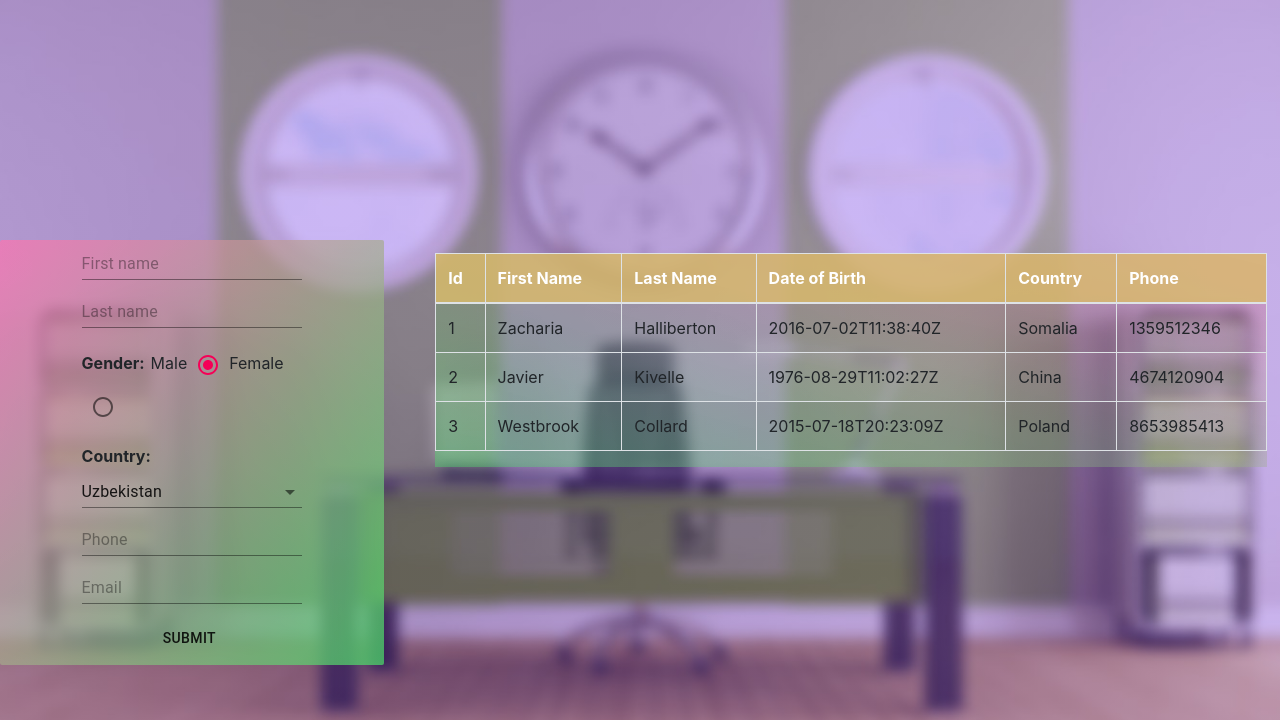
Repository: abrorsaidov/table-table
Page: /
These files come from the project's save history. The page is drawn as it stood at one moment and after the next save; the edit follows.
The browser window is 1280 px wide. The pictures show the whole page.
The project was rebuilt for these pictures with package versions that can differ from the ones it lists, and the page was loaded fresh each time. Also part of the build but not shown: src/components/ComponentC.js.

Above is the page before, as saved 2020-12-05 01:19:59.

After the next save:
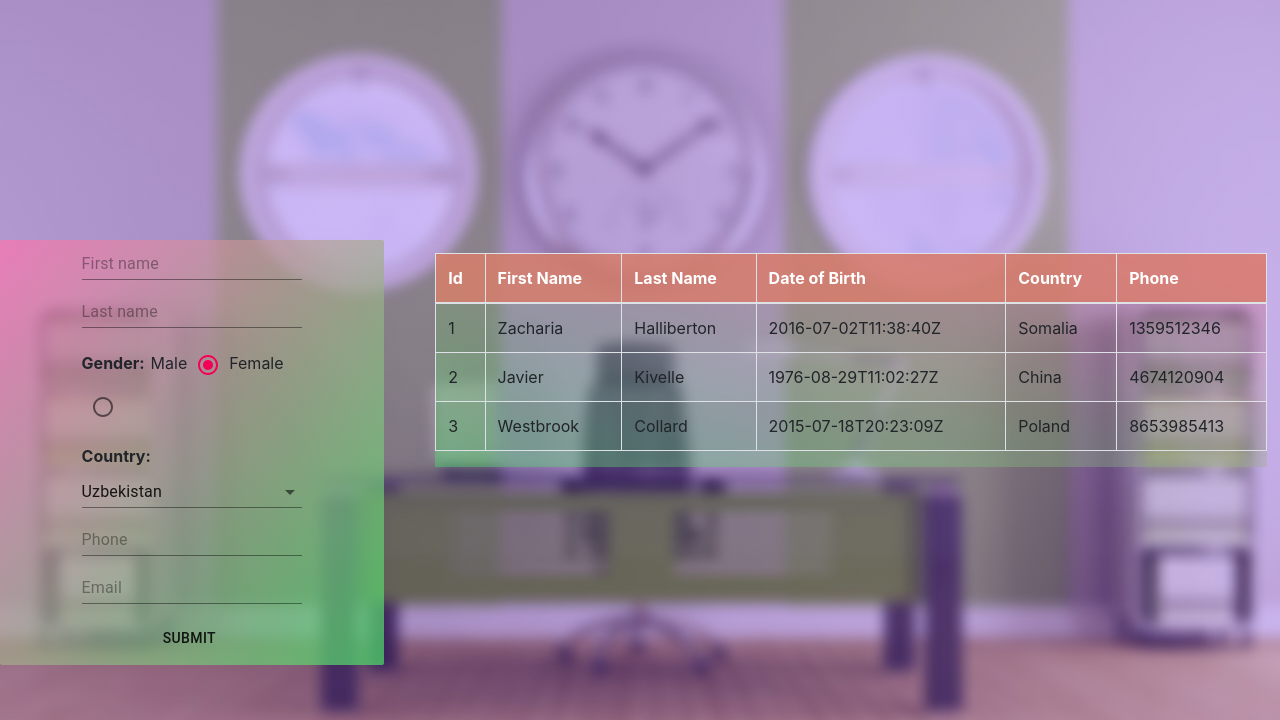
Saved 8 s later.
--- a/src/App.css
+++ b/src/App.css
@@ -90,6 +90,6 @@ option {
 }
 
 thead {
-  background: rgba(216, 185, 106, 0.83);
+  background: rgba(216, 123, 106, 0.83);
   color: white;
 }
